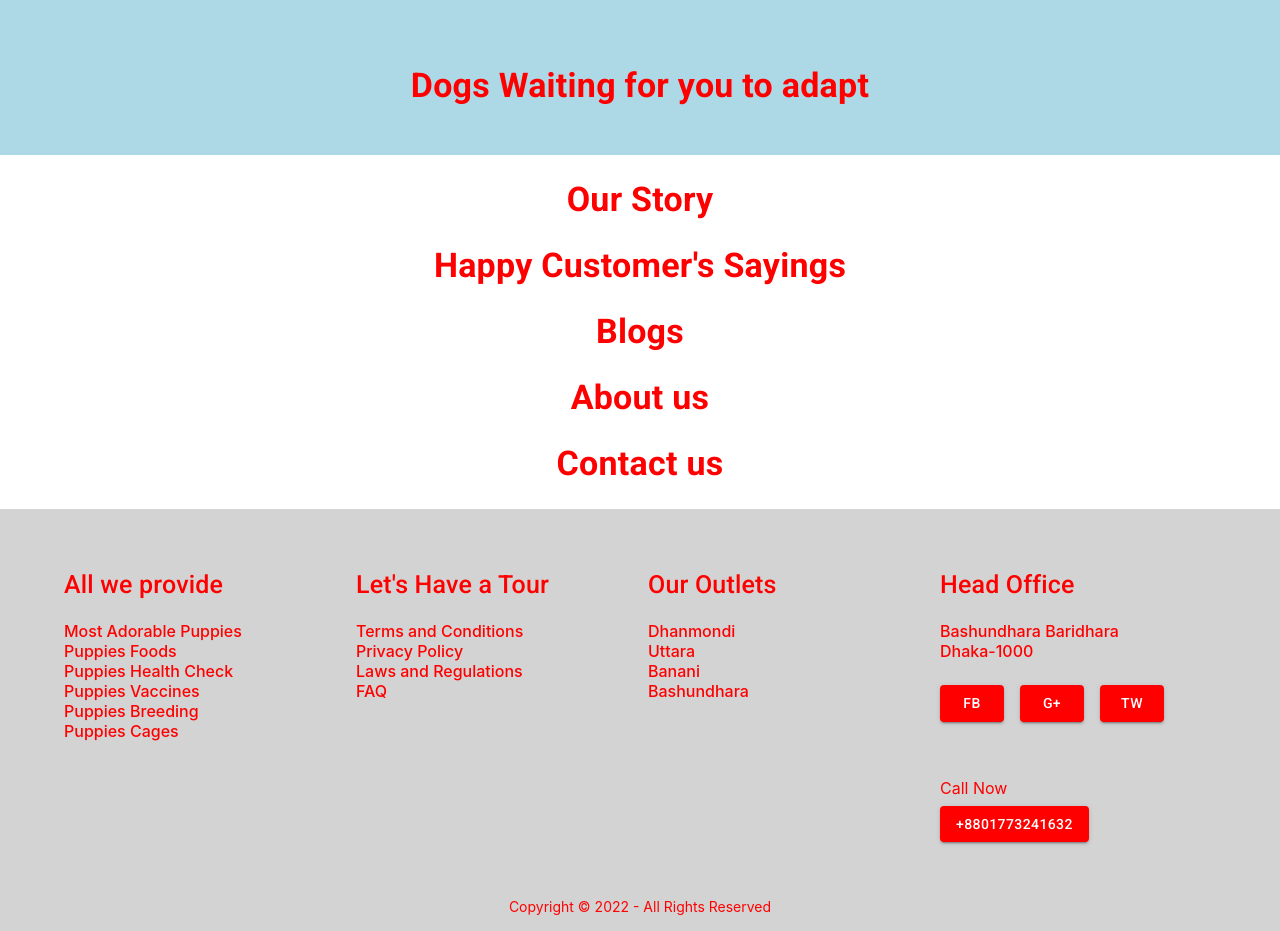
Repository: Sharif-00112/dogos-paradise-client
Page: /
An editor plug-in stored every save of this project. The page is shown before and after the next save, followed by the edit.
The browser window is 1280 px wide. The pictures show the part of the page from y = 1041 to 1972 px (the page is 1972 px tall before and 1940 px after).
The page's requests for data from a server got no answer. The project was rebuilt for these pictures with package versions that can differ from the ones it lists, and the page was loaded fresh each time. No one was signed in, and anything a server would have sent is missing. Also part of the build but not shown: src/Pages/Home/Dog/Dog.js, src/Pages/Login/Login/Login.js, src/Pages/Login/Register/Register.js, src/Pages/NotFound/NotFound.js.

Above is the page before, as saved 2022-12-02 15:54:26.

After the next save:
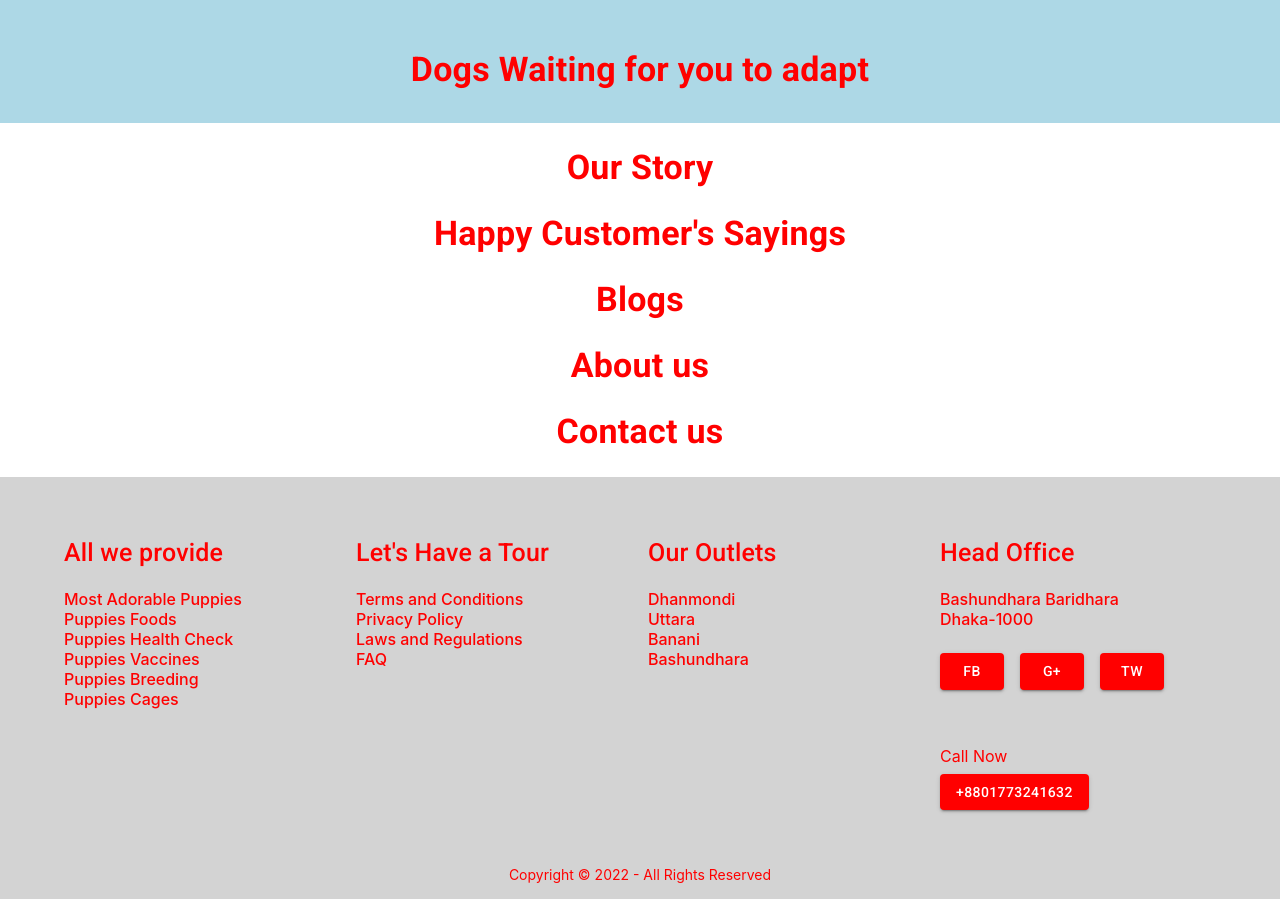
Saved 4 min 57 s later.
--- a/src/Pages/Home/Dogs/Dogs.js
+++ b/src/Pages/Home/Dogs/Dogs.js
@@ -99,7 +99,7 @@ const Dogs = () => {
 
     return (
         <div>
-            <Box sx={{ flexGrow: 1, backgroundColor:"lightblue", py:6 }}>
+            <Box sx={{ flexGrow: 1, backgroundColor:"lightblue", py:4 }}>
                 <Container>
                     <Typography sx={{ p:3, color: 'red', fontWeight: 600 }} variant="h4" component="div">
                         Dogs Waiting for you to adapt
